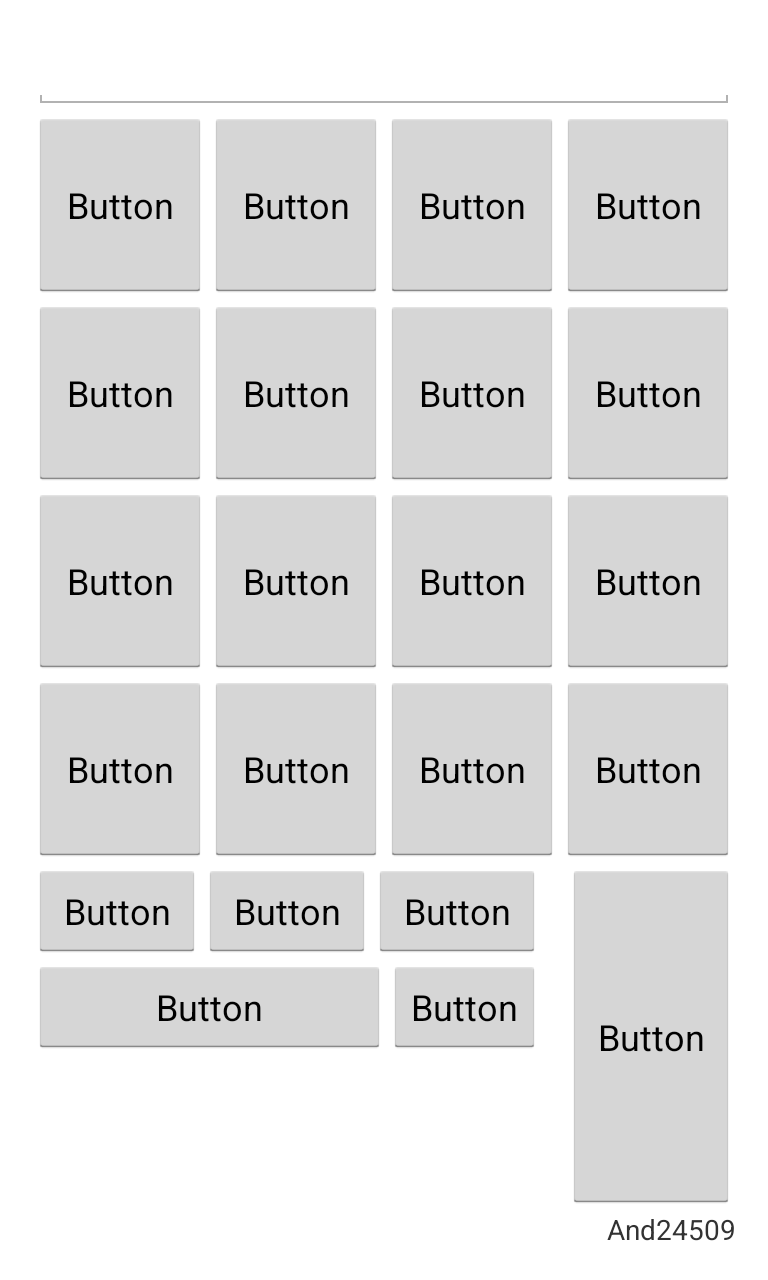
Repository: ericluo1123/myAndroidCode
Layout: myHomeWork/res/layout/activity_main.xml
An editor plug-in stored every save of this project. The layout is shown before and after the next save, followed by the edit.
It is drawn on a 768 x 1280 px phone screen (xhdpi) without system bars, with theme AppTheme; the app's code is not run.

Above is the layout before, as saved 2014-09-30 11:47:20.

### myHomeWork/res/layout/activity_main.xml
<RelativeLayout xmlns:android="http://schemas.android.com/apk/res/android"
    xmlns:tools="http://schemas.android.com/tools"
    android:id="@+id/RelativeLayout1"
    android:layout_width="match_parent"
    android:layout_height="match_parent"
    android:gravity="top"
    android:orientation="vertical"
    android:padding="@dimen/activity_vertical_margin"
    android:paddingBottom="@dimen/activity_vertical_margin"
    android:paddingLeft="@dimen/activity_horizontal_margin"
    android:paddingRight="@dimen/activity_horizontal_margin"
    android:paddingTop="@dimen/activity_vertical_margin"
    tools:context="com.example.myhomework.MainActivity" >

    <EditText
        android:id="@+id/editText1"
        android:layout_width="match_parent"
        android:layout_height="wrap_content"
        android:layout_alignParentLeft="true"
        android:ems="10" />

    <TextView
        android:id="@+id/textView1"
        android:layout_width="wrap_content"
        android:layout_height="wrap_content"
        android:layout_alignParentBottom="true"
        android:layout_alignParentRight="true"
        android:text="And24509" />

    <LinearLayout
        android:id="@+id/linearLayout1"
        android:layout_width="match_parent"
        android:layout_height="wrap_content"
        android:layout_above="@+id/textView1"
        android:layout_alignLeft="@+id/editText1"
        android:layout_below="@+id/editText1"
        android:orientation="vertical" >

        <LinearLayout
            android:layout_width="match_parent"
            android:layout_height="0dp"
            android:layout_weight="1" >

            <Button
                android:id="@+id/button1"
                android:layout_width="0dp"
                android:layout_height="match_parent"
                android:layout_weight="1.00"
                android:text="Button" />

            <Button
                android:id="@+id/button2"
                android:layout_width="0dp"
                android:layout_height="match_parent"
                android:layout_weight="1.00"
                android:text="Button" />

            <Button
                android:id="@+id/button3"
                android:layout_width="0dp"
                android:layout_height="match_parent"
                android:layout_weight="1.00"
                android:text="Button" />

            <Button
                android:id="@+id/button4"
                android:layout_width="0dp"
                android:layout_height="match_parent"
                android:layout_weight="1.00"
                android:text="Button" />
        </LinearLayout>

        <LinearLayout
            android:layout_width="match_parent"
            android:layout_height="0dp"
            android:layout_weight="1" >

            <Button
                android:id="@+id/button5"
                android:layout_width="0dp"
                android:layout_height="match_parent"
                android:layout_weight="1.00"
                android:text="Button" />

            <Button
                android:id="@+id/button6"
                android:layout_width="0dp"
                android:layout_height="match_parent"
                android:layout_weight="1.00"
                android:text="Button" />

            <Button
                android:id="@+id/button7"
                android:layout_width="0dp"
                android:layout_height="match_parent"
                android:layout_weight="1"
                android:text="Button" />

            <Button
                android:id="@+id/button8"
                android:layout_width="0dp"
                android:layout_height="match_parent"
                android:layout_weight="1"
                android:text="Button" />

        </LinearLayout>

        <LinearLayout
            android:layout_width="match_parent"
            android:layout_height="0dp"
            android:layout_weight="1" >

            <Button
                android:id="@+id/button9"
                android:layout_width="0dp"
                android:layout_height="match_parent"
                android:layout_weight="1"
                android:text="Button" />

            <Button
                android:id="@+id/button10"
                android:layout_width="0dp"
                android:layout_height="match_parent"
                android:layout_weight="1"
                android:text="Button" />

            <Button
                android:id="@+id/button11"
                android:layout_width="0dp"
                android:layout_height="match_parent"
                android:layout_weight="1"
                android:text="Button" />

            <Button
                android:id="@+id/button12"
                android:layout_width="0dp"
                android:layout_height="match_parent"
                android:layout_weight="1"
                android:text="Button" />
        </LinearLayout>

        <LinearLayout
            android:layout_width="match_parent"
            android:layout_height="0dp"
            android:layout_weight="1" >

            <Button
                android:id="@+id/button13"
                android:layout_width="0dp"
                android:layout_height="match_parent"
                android:layout_weight="1"
                android:text="Button" />

            <Button
                android:id="@+id/button14"
                android:layout_width="0dp"
                android:layout_height="match_parent"
                android:layout_weight="1"
                android:text="Button" />

            <Button
                android:id="@+id/button15"
                android:layout_width="0dp"
                android:layout_height="match_parent"
                android:layout_weight="1"
                android:text="Button" />

            <Button
                android:id="@+id/button16"
                android:layout_width="0dp"
                android:layout_height="match_parent"
                android:layout_weight="1"
                android:text="Button" />

        </LinearLayout>

        <RelativeLayout
            android:layout_width="match_parent"
            android:layout_height="0dp"
            android:layout_weight="1.84" >

            <RelativeLayout
                android:id="@+id/relativeLayout2"
                android:layout_width="wrap_content"
                android:layout_height="wrap_content"
                android:layout_alignParentLeft="true"
                android:layout_alignParentTop="true"
                android:layout_toLeftOf="@+id/relativeLayout4" >

                <Button
                    android:id="@+id/button17"
                    android:layout_width="85dp"
                    android:layout_height="wrap_content"
                    android:layout_alignParentLeft="true"
                    android:layout_alignParentTop="true"
                    android:text="Button" />

                <Button
                    android:id="@+id/button18"
                    android:layout_width="85dp"
                    android:layout_height="wrap_content"
                    android:layout_alignParentTop="true"
                    android:layout_toRightOf="@+id/button17"
                    android:text="Button" />

                <Button
                    android:id="@+id/button19"
                    android:layout_width="85dp"
                    android:layout_height="wrap_content"
                    android:layout_alignParentTop="true"
                    android:layout_toRightOf="@+id/button18"
                    android:text="Button" />
            </RelativeLayout>

            <RelativeLayout
                android:id="@+id/relativeLayout3"
                android:layout_width="wrap_content"
                android:layout_height="wrap_content"
                android:layout_alignParentBottom="true"
                android:layout_alignParentLeft="true"
                android:layout_below="@+id/relativeLayout2" >
            </RelativeLayout>

            <RelativeLayout
                android:layout_width="wrap_content"
                android:layout_height="wrap_content"
                android:layout_below="@+id/relativeLayout2"
                android:layout_toRightOf="@+id/relativeLayout3" >
            </RelativeLayout>

            <RelativeLayout
                android:layout_width="wrap_content"
                android:layout_height="wrap_content"
                android:layout_alignParentRight="true"
                android:layout_alignParentTop="true" >

                <Button
                    android:id="@+id/button22"
                    android:layout_width="85dp"
                    android:layout_height="wrap_content"
                    android:layout_alignParentBottom="true"
                    android:layout_alignParentLeft="true"
                    android:layout_alignParentTop="true"
                    android:text="Button" />

            </RelativeLayout>

            <RelativeLayout
                android:layout_width="wrap_content"
                android:layout_height="wrap_content"
                android:layout_alignTop="@+id/relativeLayout3"
                android:layout_toRightOf="@+id/relativeLayout3" >

            </RelativeLayout>

            <Button
                android:id="@+id/button21"
                android:layout_width="wrap_content"
                android:layout_height="wrap_content"
                android:layout_alignRight="@+id/relativeLayout2"
                android:layout_below="@+id/relativeLayout2"
                android:text="Button" />

            <Button
                android:id="@+id/button20"
                android:layout_width="wrap_content"
                android:layout_height="wrap_content"
                android:layout_alignBaseline="@+id/button21"
                android:layout_alignBottom="@+id/button21"
                android:layout_alignParentLeft="true"
                android:layout_toLeftOf="@+id/button21"
                android:text="Button" />

        </RelativeLayout>

    </LinearLayout>

</RelativeLayout>

Loaded but not shown: myHomeWork/res/values/styles.xml (common file); myHomeWork/res/values-v11/styles.xml (common file); myHomeWork/res/values-v14/styles.xml (common file); myHomeWork/res/values/dimens.xml (common file); myHomeWork/res/values-w820dp/dimens.xml (common file)

After the next save:
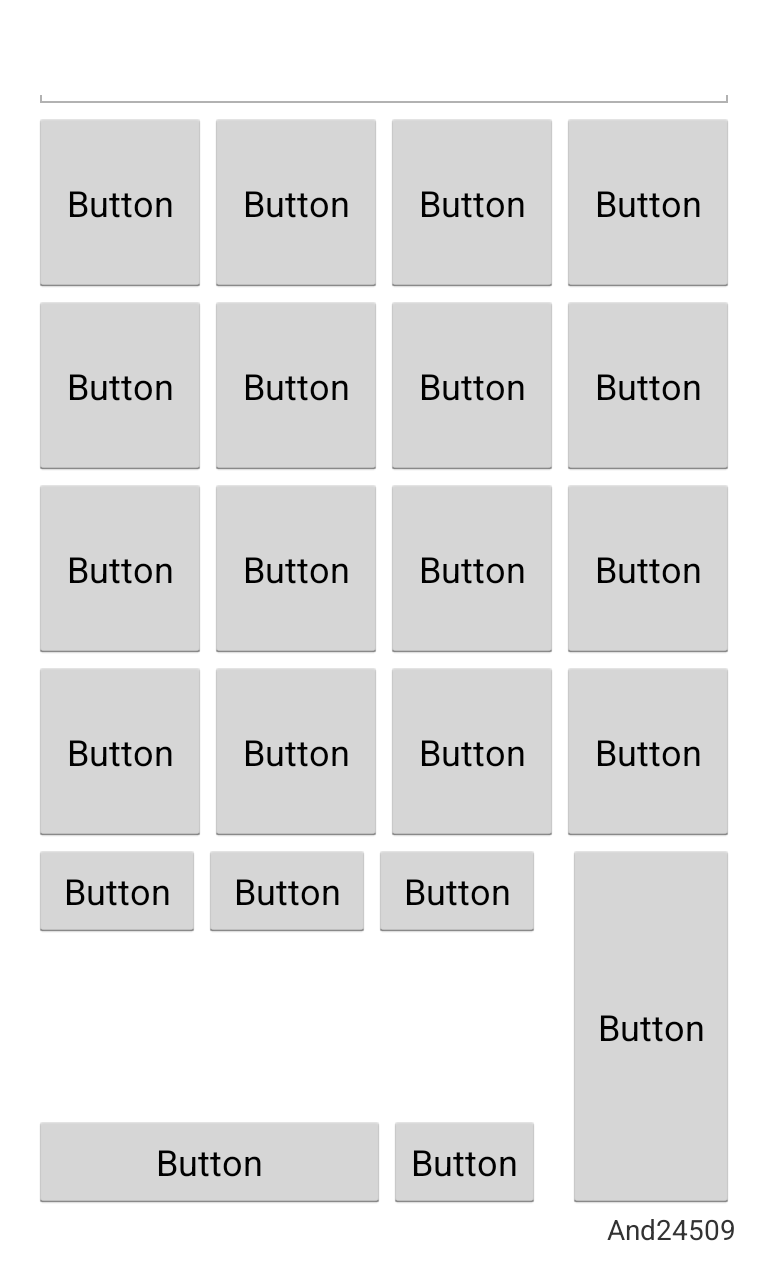
Saved 6 min 48 s later.
--- a/myHomeWork/res/layout/activity_main.xml
+++ b/myHomeWork/res/layout/activity_main.xml
@@ -177,7 +177,7 @@
         <RelativeLayout
             android:layout_width="match_parent"
             android:layout_height="0dp"
-            android:layout_weight="1.84" >
+            android:layout_weight="2" >
 
             <RelativeLayout
                 android:id="@+id/relativeLayout2"
@@ -254,23 +254,22 @@
             </RelativeLayout>
 
             <Button
-                android:id="@+id/button21"
-                android:layout_width="wrap_content"
-                android:layout_height="wrap_content"
-                android:layout_alignRight="@+id/relativeLayout2"
-                android:layout_below="@+id/relativeLayout2"
-                android:text="Button" />
-
-            <Button
                 android:id="@+id/button20"
                 android:layout_width="wrap_content"
                 android:layout_height="wrap_content"
-                android:layout_alignBaseline="@+id/button21"
-                android:layout_alignBottom="@+id/button21"
+                android:layout_alignParentBottom="true"
                 android:layout_alignParentLeft="true"
                 android:layout_toLeftOf="@+id/button21"
                 android:text="Button" />
 
+            <Button
+                android:id="@+id/button21"
+                android:layout_width="wrap_content"
+                android:layout_height="wrap_content"
+                android:layout_alignParentBottom="true"
+                android:layout_alignRight="@+id/relativeLayout2"
+                android:text="Button" />
+
         </RelativeLayout>
 
     </LinearLayout>
